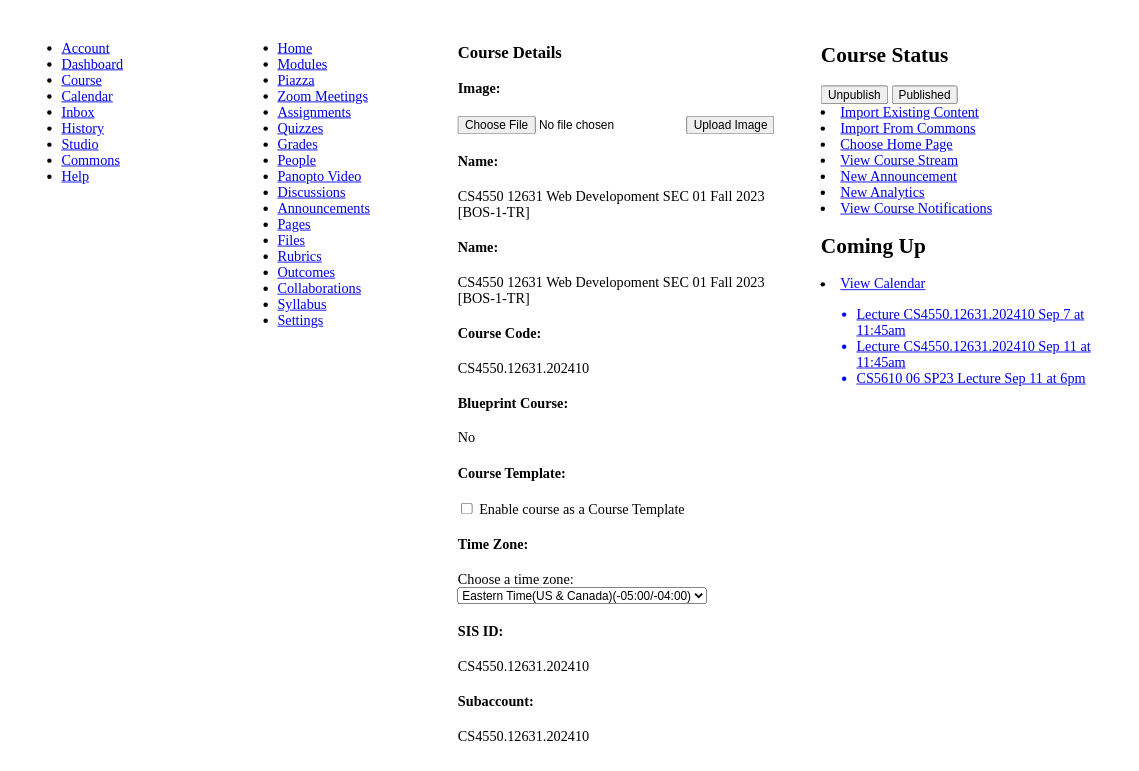
Repository: yuqiant/kanbas-react-web-app
Page: public/kanbas/coursesetting.html
An editor plug-in stored every save of this project. The page is shown before and after the next save, followed by the edit.
The browser window is 1280 px wide. The pictures show the whole page, at 89% of full size.

Above is the page before, as saved 2023-09-16 15:00:59.

After the next save:
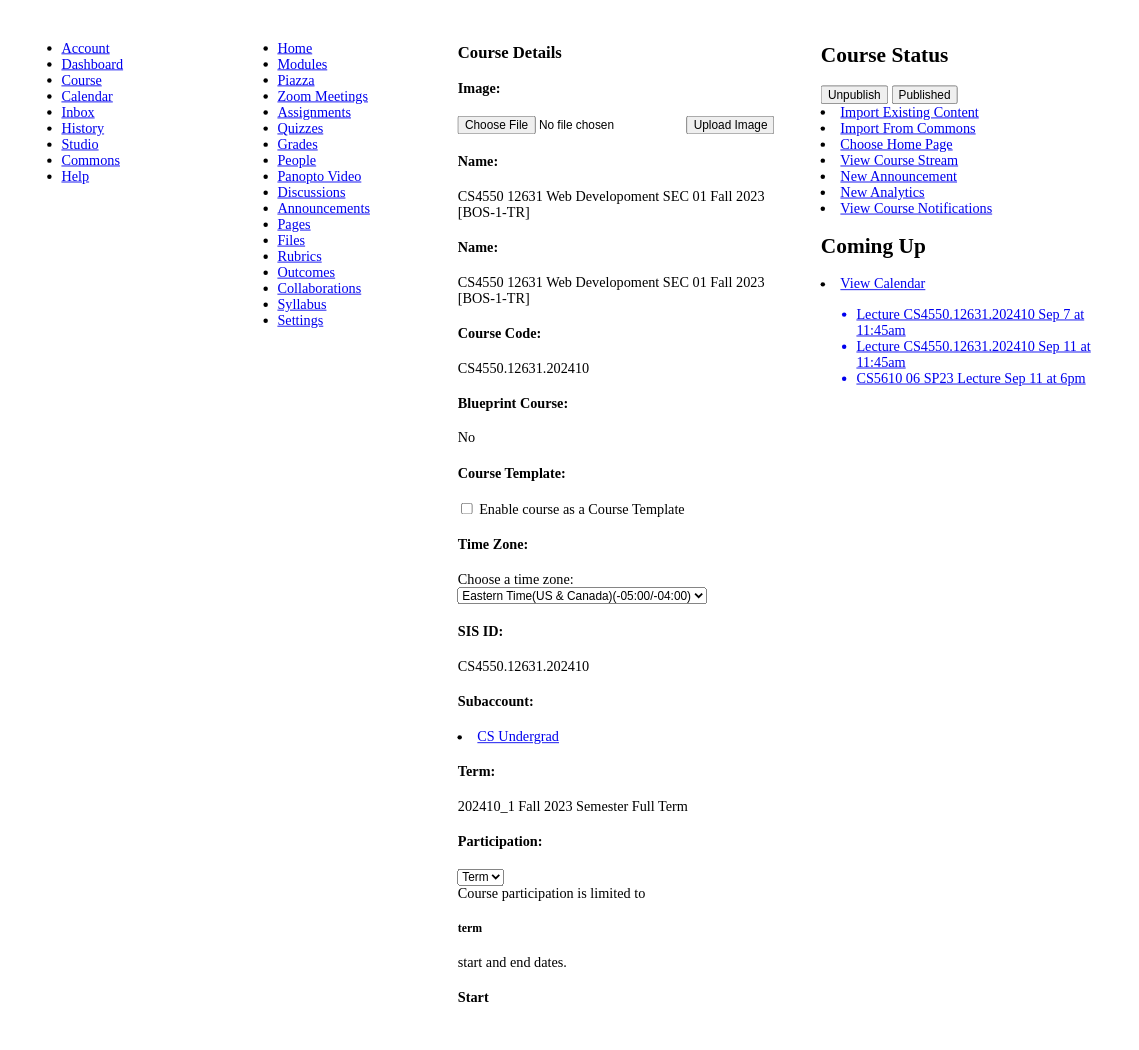
Saved 3 min 21 s later.
--- a/public/kanbas/coursesetting.html
+++ b/public/kanbas/coursesetting.html
@@ -97,7 +97,20 @@
                 <div>CS4550.12631.202410</div>
 
                 <h4>Subaccount:</h4>
-                <div>CS4550.12631.202410</div>
+                <li><a href="#">CS Undergrad</a></li>
+
+                <h4>Term:</h4>
+                <div>202410_1 Fall 2023 Semester Full Term</div>
+
+                <h4>Participation:</h4>
+                <select id="term" name="term">
+                    <option value="Term">Term</option>
+                </select>
+                <div>Course participation is limited to <h5>term</h5> start and end dates.</div>
+                <h4>Start</h4>
+
+
+
 
 
 
